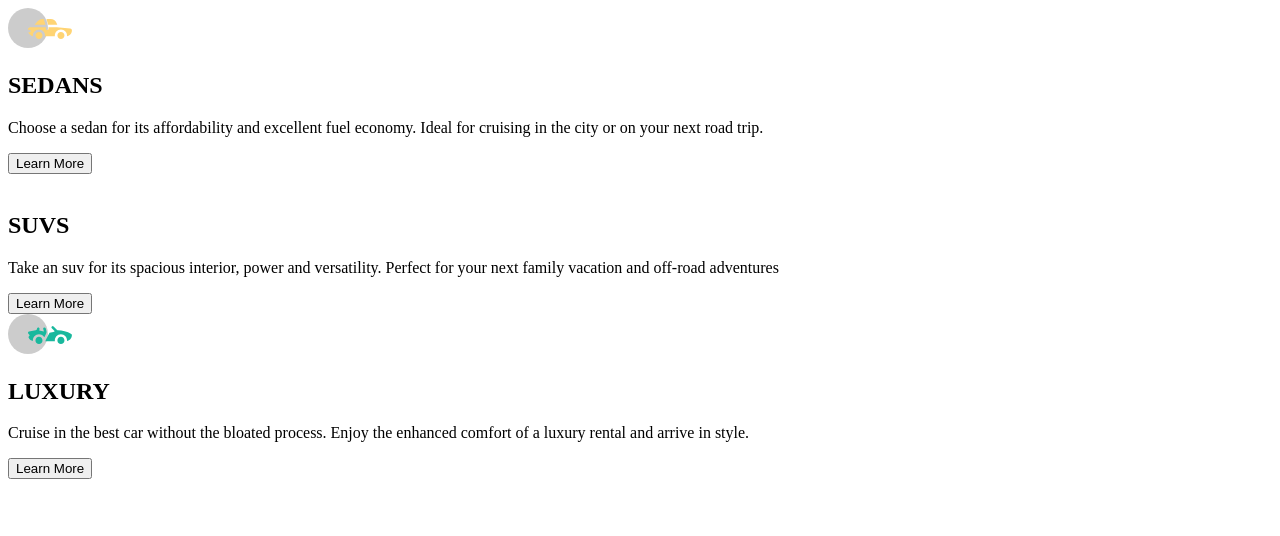
Repository: UnegbuAbigail/3-columns-cards
Page: index.html
The author's editor kept a copy of each file at every save. The page is drawn from the files as they stood at one save, then again after a run of saves.
The browser window is 1280 px wide. The pictures show the whole page.

Above is the page before, as saved 2024-08-03 12:22:52.

After the next 2 saves:
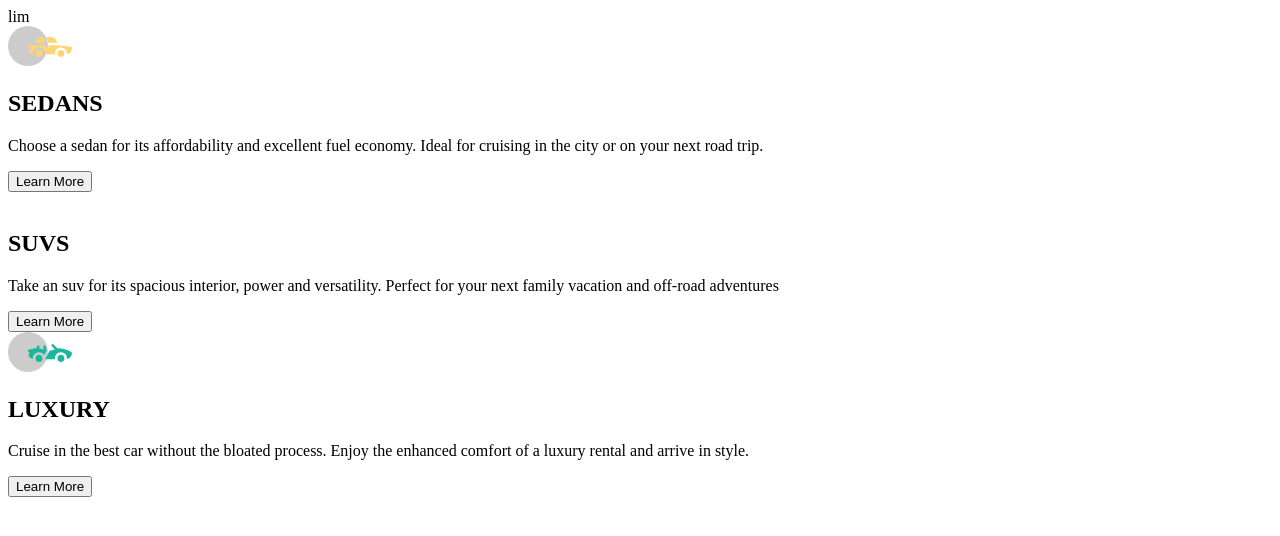
The 2 saves are shown as one change because they came seconds apart.
The last was saved 16 s later.
--- a/index.html
+++ b/index.html
@@ -4,6 +4,7 @@
     <meta charset="UTF-8">
     <meta name="viewport" content="width=device-width, initial-scale=1.0">
     <title>Document</title>
+    lim
 </head>
 <body>
     <main>

After the save that followed:
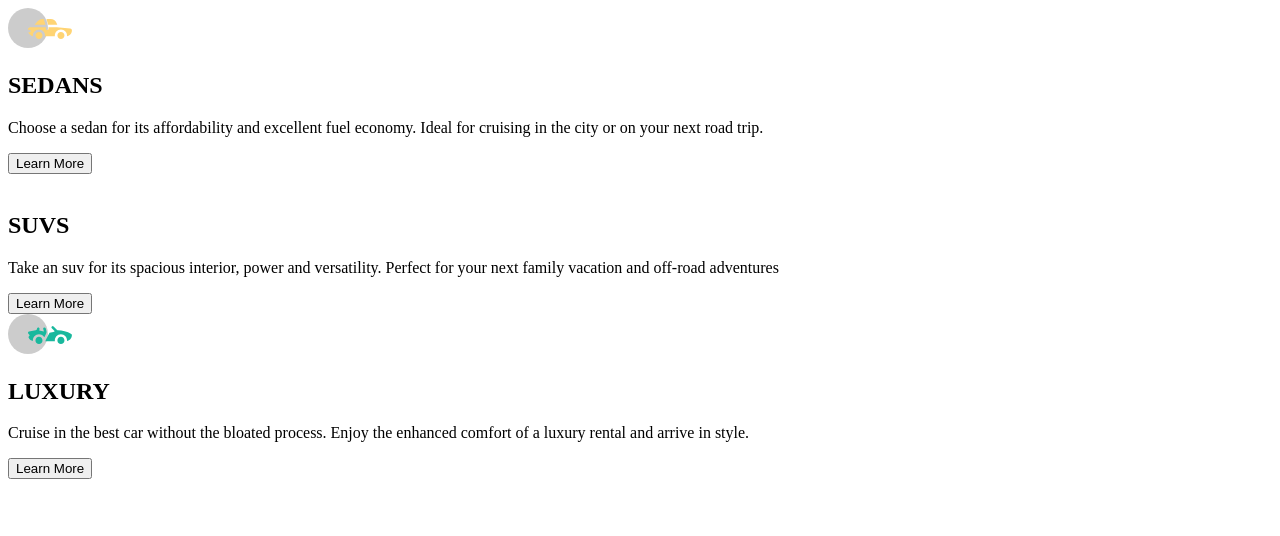
Saved 4 s later.
--- a/index.html
+++ b/index.html
@@ -4,7 +4,7 @@
     <meta charset="UTF-8">
     <meta name="viewport" content="width=device-width, initial-scale=1.0">
     <title>Document</title>
-    lim
+    <link rel="stylesheet" href="">
 </head>
 <body>
     <main>
